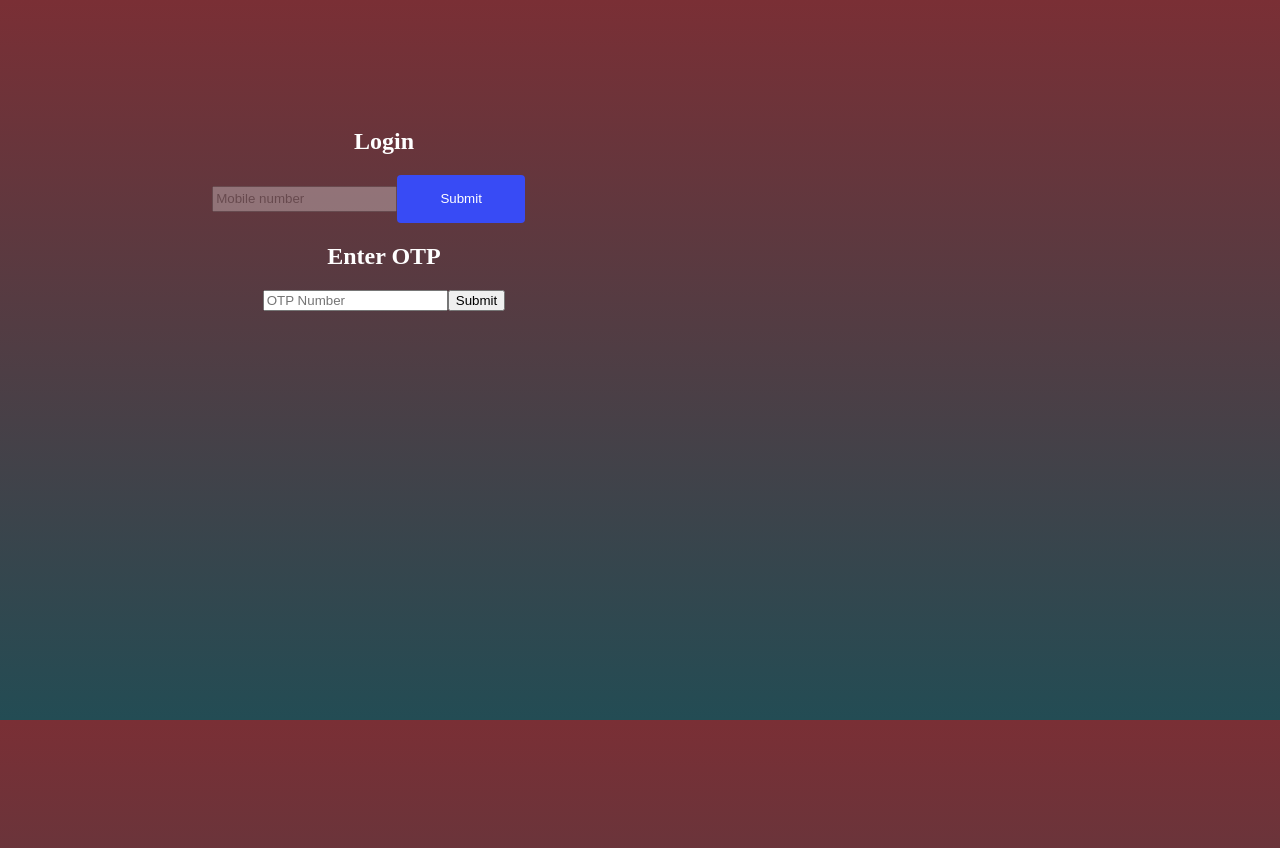
Repository: jagan607/N-Kalari
Page: /
These files come from the project's save history. The page is drawn as it stood at one moment and after the next save; the edit follows.
The browser window is 1280 px wide. The pictures show the whole page.
The project was rebuilt for these pictures with package versions that can differ from the ones it lists, and the page was loaded fresh each time. Also part of the build but not shown: src/App.css, src/services/user.service.js, src/actions/user.action.js, src/components/wallet/Wallet.js. Imported but missing from the stored project, and not drawn on this page: src/constants/user.constants, src/reducers/rootReducer.

Above is the page before, as saved 2022-01-08 16:31:23.

After the next save:
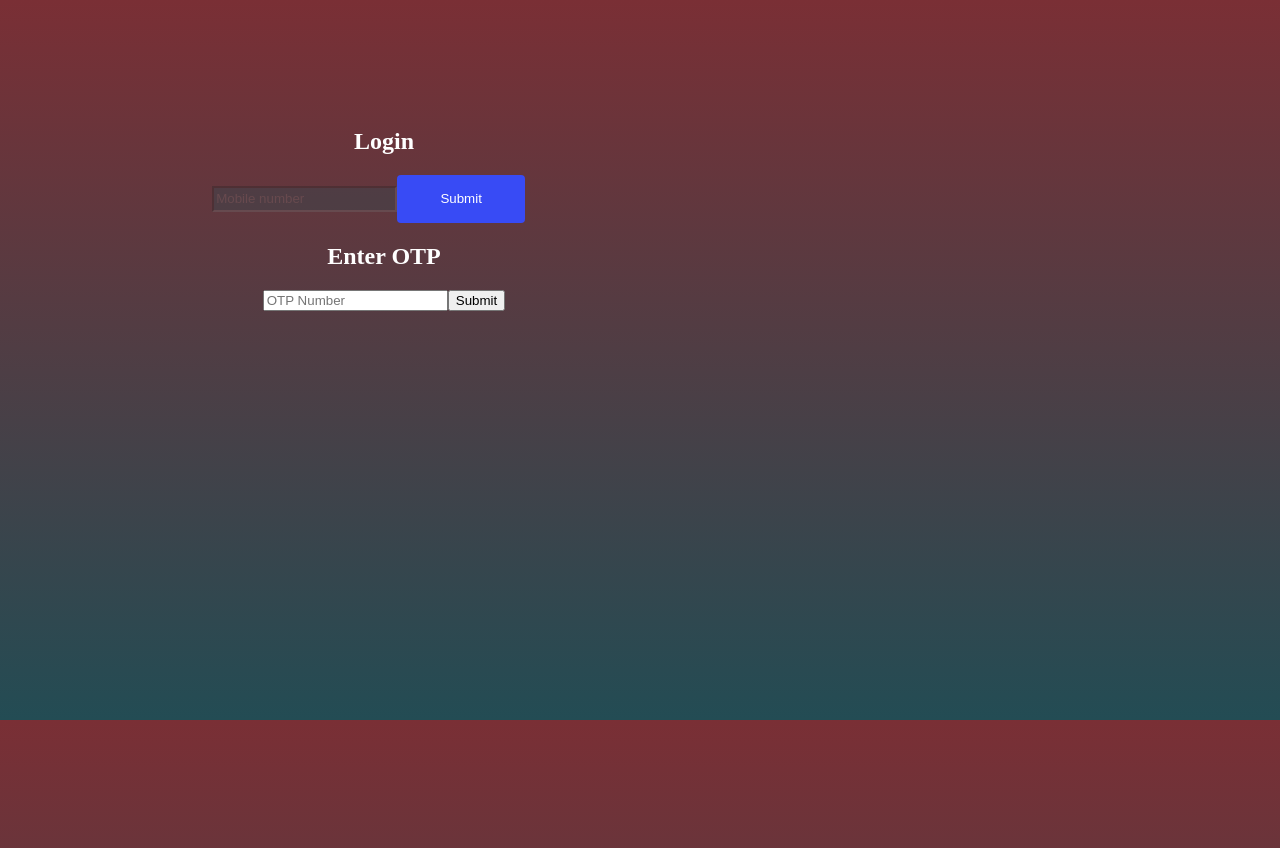
Saved 85 s later.
--- a/src/components/Login/index.css
+++ b/src/components/Login/index.css
@@ -6,6 +6,7 @@
 
 .mobile-input{
     height: 20px;
+    background-color: #234C54;
     opacity: 0.3;
 }
 
